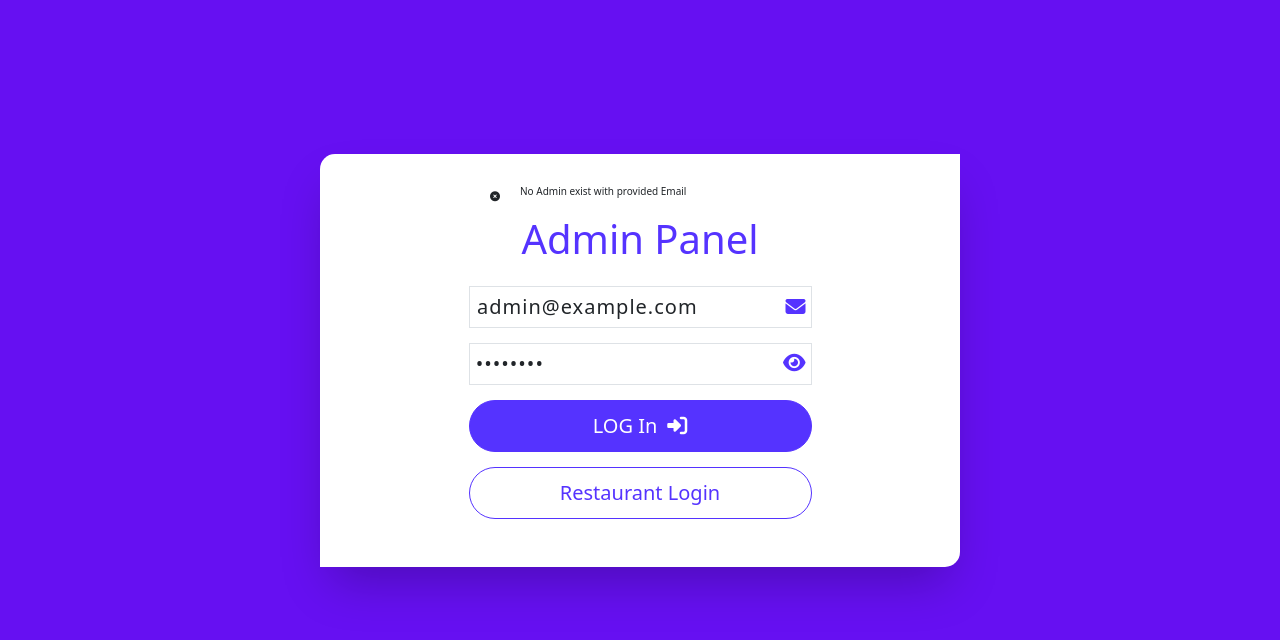
Repository: FlyweisReact/GopalAdminPanel
Page: /
The author's editor kept a copy of each file at every save. The page is drawn from the files as they stood at one save, then again after the next save.
The browser window is 1280 px wide. The pictures show the whole page.
Some web libraries are served in a nearby version. The project was rebuilt for these pictures with package versions that can differ from the ones it lists, and the page was loaded fresh each time. Also part of the build but not shown: src/components/pages/Dashboard.jsx, src/vendorPanel/components/Auth.jsx, src/components/BaseUrl.jsx, src/components/pages/products/Products.jsx, src/components/pages/categories/Categories.jsx, src/components/pages/banner/Banner.jsx, src/components/pages/orders/Orders.jsx, src/components/pages/terms/Terms.jsx and 50 more. Imported but missing from the stored project, and not drawn on this page: src/components/layout/HOC.

Above is the page before, as saved 2023-04-03 13:08:36.

After the next save:
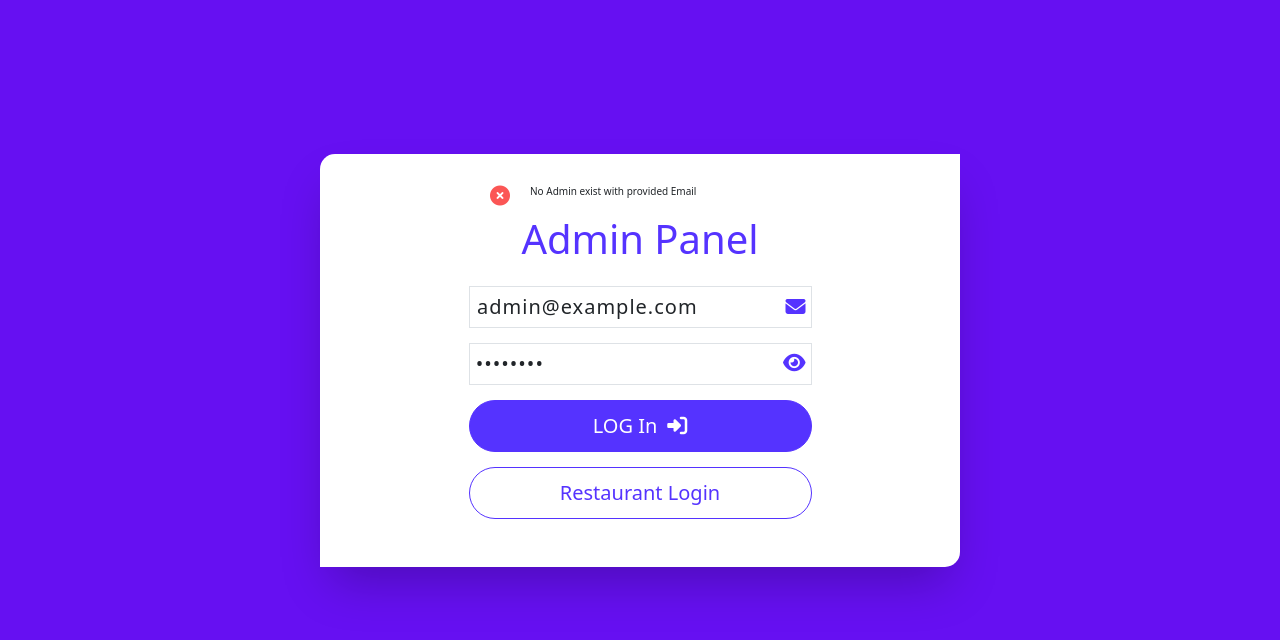
Saved 58 s later.
--- a/src/index.css
+++ b/src/index.css
@@ -144,5 +144,6 @@ code {
   align-items: center;
 }
 .alertDiv i{
-
+  color: #fb5655;
+  font-size: 20px;
 }
